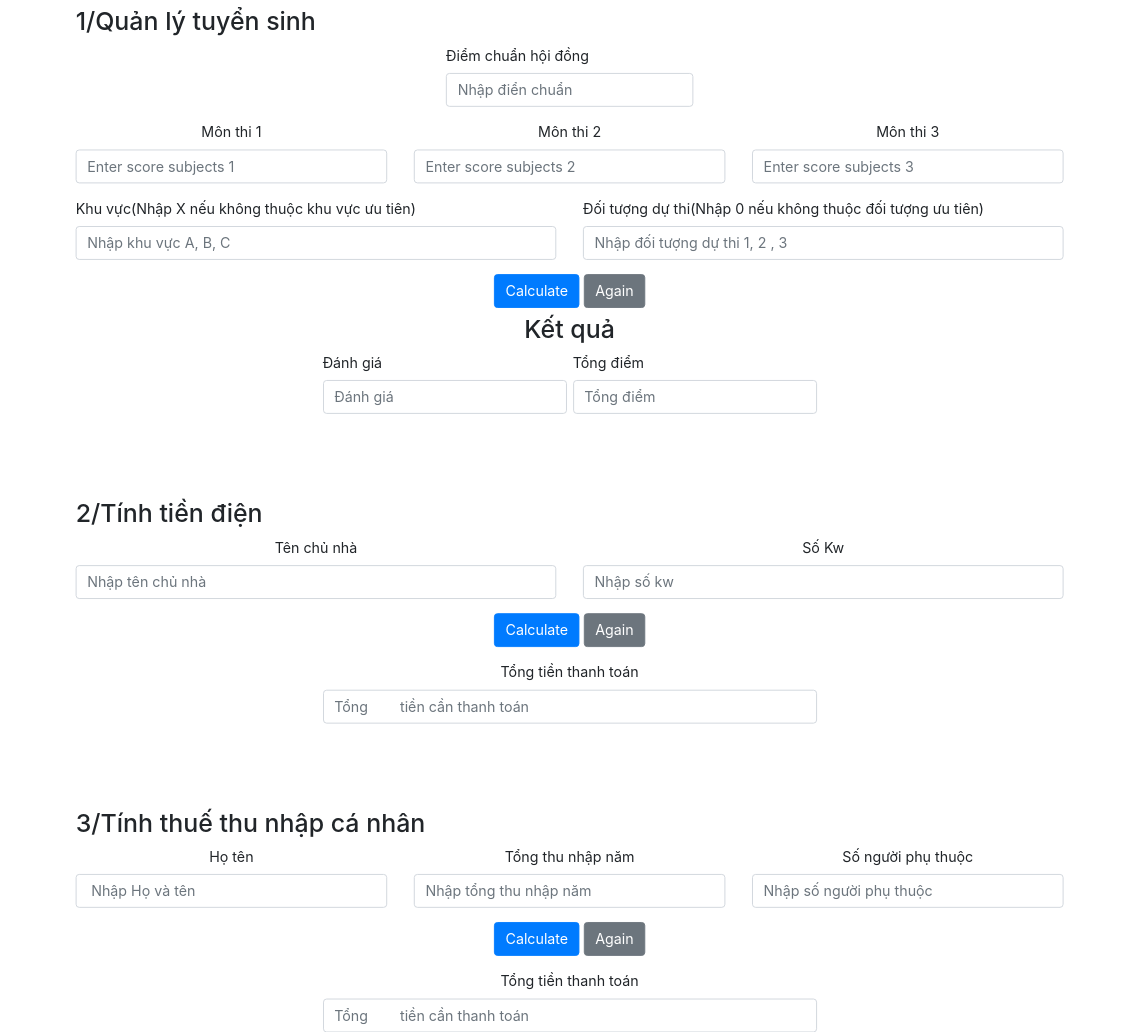
Repository: baobaodeveloper/bootcamp21__jsbasic4_HuynhAnhBao
Page: index.html
The author's editor kept a copy of each file at every save. The page is drawn from the files as they stood at one save, then again after the next save.
The browser window is 1280 px wide. The pictures show the whole page, at 89% of full size.

Above is the page before, as saved 2022-03-13 20:35:29.

### index.html
<!DOCTYPE html>
<html lang="en">
  <head>
    <title>Exercise3</title>
    <!-- Required meta tags -->
    <meta charset="utf-8" />
    <meta
      name="viewport"
      content="width=device-width, initial-scale=1, shrink-to-fit=no"
    />

    <!-- Bootstrap CSS -->
    <link
      rel="stylesheet"
      href="https://stackpath.bootstrapcdn.com/bootstrap/4.3.1/css/bootstrap.min.css"
      integrity="sha384-ggOyR0iXCbMQv3Xipma34MD+dH/1fQ784/j6cY/iJTQUOhcWr7x9JvoRxT2MZw1T"
      crossorigin="anonymous"
    />
  </head>
  <body>
    <!-- 1/Quản lý tuyển sinh -->
    <div class="container mt-2">
      <h3>1/Quản lý tuyển sinh</h3>

      <div class="mb-3 w-25 m-auto">
        <label>Điểm chuẩn hội đồng</label>
        <input
          type="number"
          class="form-control"
          id="score"
          placeholder="Nhập điển chuẩn"
        />
      </div>

      <div class="row mt-3 text-center">
        <div class="col">
          <label>Môn thi 1</label>
          <input
            type="number"
            class="form-control"
            id="score1"
            placeholder="Enter score subjects 1"
          />
        </div>
        <div class="col">
          <label>Môn thi 2</label>
          <input
            type="number"
            class="form-control"
            id="score2"
            placeholder="Enter score subjects 2"
          />
        </div>
        <div class="col">
          <label>Môn thi 3</label>
          <input
            type="number"
            class="form-control"
            id="score3"
            placeholder="Enter score subjects 3"
          />
        </div>
      </div>

      <div class="row mt-3">
        <div class="col">
          <label>Khu vực(Nhập X nếu không thuộc khu vực ưu tiên)</label>
          <input
            type="text"
            class="form-control"
            placeholder="Nhập khu vực A, B, C"
            id="area"
          />
        </div>
        <div class="col">
          <label
            >Đối tượng dự thi(Nhập 0 nếu không thuộc đối tượng ưu tiên)</label
          >
          <input
            type="number"
            class="form-control"
            placeholder="Nhập đối tượng dự thi 1, 2 , 3"
            id="object"
          />
        </div>
      </div>

      <div class="text-center mt-3">
        <button type="button" class="btn btn-primary" id="scoreBtn">
          Calculate
        </button>
        <button type="button" class="btn btn-secondary" id="score-btn-again">
          Again
        </button>
      </div>

      <h3 class="text-center mt-2">Kết quả</h3>

      <div class="mb-3 w-50 d-flex m-auto justify-content-between">
        <div>
          <label>Đánh giá</label>
          <input
            type="email"
            class="form-control"
            placeholder="Đánh giá"
            id="evaluate"
          />
        </div>

        <div>
          <label>Tổng điểm</label>
          <input
            type="email"
            class="form-control"
            placeholder="Tổng điểm"
            id="total-score"
          />
        </div>
      </div>
    </div>

    <!-- 2/Tính tiền điện -->
    <div class="container mt-lg-5 pt-5">
      <h3>2/Tính tiền điện</h3>
      <div class="row text-center">
        <div class="col">
          <label class="form-label">Tên chủ nhà</label>
          <input
            type="text"
            class="form-control"
            id="host"
            placeholder="Nhập tên chủ nhà"
          />
        </div>
        <div class="col">
          <label class="form-label">Số Kw</label>
          <input
            type="number"
            id="number-kw"
            class="form-control"
            placeholder="Nhập số kw"
          />
        </div>
      </div>

      <div class="text-center mt-3">
        <button type="button" class="btn btn-primary" id="electricBill">
          Calculate
        </button>
        <button type="button" class="btn btn-secondary" id="electricbill-again">
          Again
        </button>
      </div>

      <div class="w-50 m-auto pt-3 text-center">
        <label class="form-label">Tổng tiền thanh toán</label>
        <input
          type="text"
          class="form-control"
          id="total-pay"
          placeholder="Tổng
        tiền cần thanh toán"
        />
      </div>
    </div>

    <!-- 3/Tính thuế thu nhập cá nhân -->
    <div class="container mt-lg-5 pt-5">
      <h3>3/Tính thuế thu nhập cá nhân</h3>
      <div class="row text-center">
        <div class="col">
          <label class="form-label">Họ tên</label>
          <input
            type="text"
            class="form-control"
            id="host"
            placeholder=" Nhập Họ và tên"
          />
        </div>
        <div class="col">
          <label class="form-label">Tổng thu nhập năm</label>
          <input
            type="number"
            id="number-kw"
            class="form-control"
            placeholder="Nhập tổng thu nhập năm"
          />
        </div>
        <div class="col">
          <label class="form-label">Số người phụ thuộc</label>
          <input
            type="number"
            id="number-kw"
            class="form-control"
            placeholder="Nhập số người phụ thuộc"
          />
        </div>
      </div>

      <div class="text-center mt-3">
        <button type="button" class="btn btn-primary" id="electricBill">
          Calculate
        </button>
        <button type="button" class="btn btn-secondary" id="electricbill-again">
          Again
        </button>
      </div>

      <div class="w-50 m-auto pt-3 text-center">
        <label class="form-label">Tổng tiền thanh toán</label>
        <input
          type="text"
          class="form-control"
          id="total-pay"
          placeholder="Tổng
        tiền cần thanh toán"
        />
      </div>
    </div>
    <!-- Optional JavaScript -->
    <!-- jQuery first, then Popper.js, then Bootstrap JS -->
    <script
      src="https://code.jquery.com/jquery-3.3.1.slim.min.js"
      integrity="sha384-q8i/X+965DzO0rT7abK41JStQIAqVgRVzpbzo5smXKp4YfRvH+8abtTE1Pi6jizo"
      crossorigin="anonymous"
    ></script>
    <script
      src="https://cdnjs.cloudflare.com/ajax/libs/popper.js/1.14.7/umd/popper.min.js"
      integrity="sha384-UO2eT0CpHqdSJQ6hJty5KVphtPhzWj9WO1clHTMGa3JDZwrnQq4sF86dIHNDz0W1"
      crossorigin="anonymous"
    ></script>
    <script
      src="https://stackpath.bootstrapcdn.com/bootstrap/4.3.1/js/bootstrap.min.js"
      integrity="sha384-JjSmVgyd0p3pXB1rRibZUAYoIIy6OrQ6VrjIEaFf/nJGzIxFDsf4x0xIM+B07jRM"
      crossorigin="anonymous"
    ></script>

    <!-- <script src="exercise1.js"></script> -->
    <!-- <script src="exercise2.js"></script> -->
    <script src="exercise3.js"></script>
  </body>
</html>

Loaded but not shown: exercise3.js (no stored copy; drawn as an empty file)

After the next save:
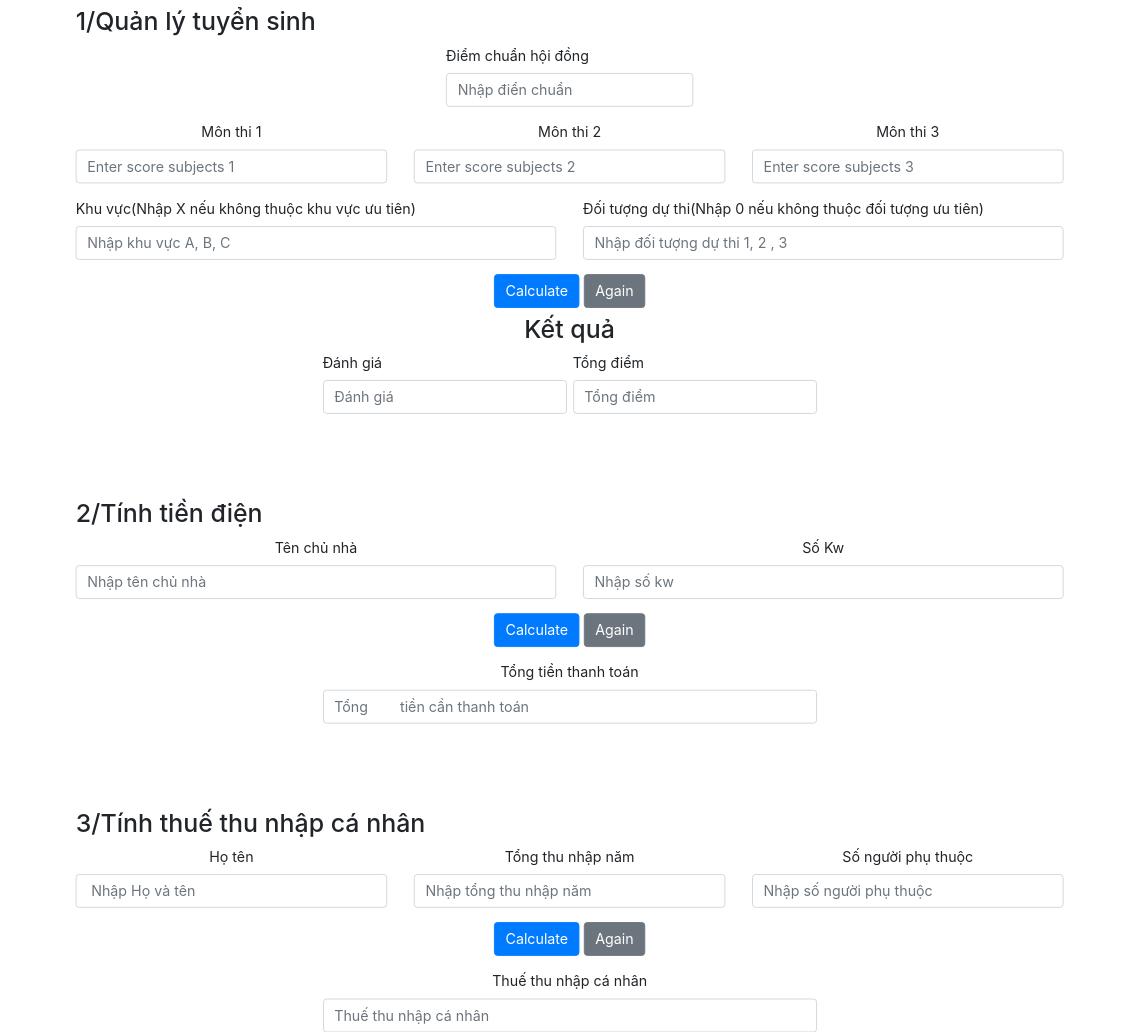
Saved 55 s later.
--- a/index.html
+++ b/index.html
@@ -207,13 +207,12 @@
       </div>
 
       <div class="w-50 m-auto pt-3 text-center">
-        <label class="form-label">Tổng tiền thanh toán</label>
+        <label class="form-label">Thuế thu nhập cá nhân</label>
         <input
           type="text"
           class="form-control"
           id="total-pay"
-          placeholder="Tổng
-        tiền cần thanh toán"
+          placeholder="Thuế thu nhập cá nhân"
         />
       </div>
     </div>
